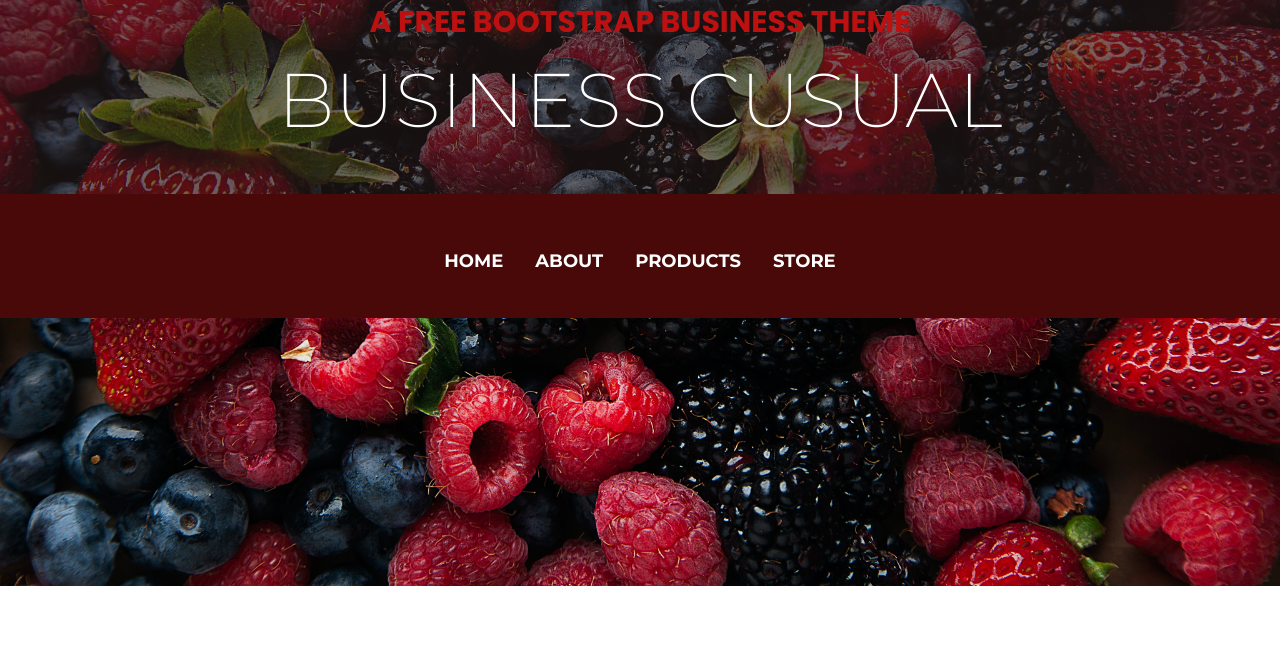
Repository: wadelfadill/tache_7_Business_bootstrap_theme
Page: index.html
An editor plug-in stored every save of this project. The page is shown before and after the next save, followed by the edit.
The browser window is 1280 px wide. The pictures show the whole page.

Above is the page before, as saved 2023-04-27 12:51:13.

### index.html
<!DOCTYPE html>
<html lang="en">
<head>
    <meta charset="UTF-8">
    <meta http-equiv="X-UA-Compatible" content="IE=edge">
    <meta name="viewport" content="width=device-width, initial-scale=1.0">
    <!------ title of website ------>
    <title>Business website</title>
    <!------ Bootstrap cdn link ------>
    <link href="https://cdn.jsdelivr.net/npm/bootstrap@5.1.3/dist/css/bootstrap.min.css" rel="stylesheet" integrity="sha384-1BmE4kWBq78iYhFldvKuhfTAU6auU8tT94WrHftjDbrCEXSU1oBoqyl2QvZ6jIW3" crossorigin="anonymous">
    <!------- css link -------------->
    <link rel="stylesheet" href="style.css">
    <!---------Google Fonts links ---------->
    <link rel="preconnect" href="https://fonts.googleapis.com">
    <link rel="preconnect" href="https://fonts.gstatic.com" crossorigin>
    <link href="https://fonts.googleapis.com/css2?family=Montserrat:wght@100;200;400;700&family=Poppins:wght@700&display=swap" rel="stylesheet">

</head>
<body>
    <!-- ========== Start Header Section ========== -->
    <header id="header">
        <h2 class="first_title text-center">A FREE BOOTSTRAP BUSINESS THEME</h2>
        <h1 class="second_title text-center">BUSINESS CUSUAL</h1>
        <!-- ========== Start navbar  Section ========== -->
        <nav class="my-auto mt-5">
            <div class="container my-auto">
                <ul class="nav justify-content-center">
                    <li class="nav-item">
                      <a class="nav-link active" aria-current="page" href="index.html">HOME</a>
                    </li>
                    <li class="nav-item">
                      <a class="nav-link" href="about.html">ABOUT</a>
                    </li>
                    <li class="nav-item">
                      <a class="nav-link" href="product.html">PRODUCTS</a>
                    </li>
                    <li class="nav-item">
                      <a class="nav-link" href="store.html">STORE</a>
                    </li>
                </ul>
            </div>
        </nav>
        <!-- ========== End navbar  Section ========== -->
    </header>
    <!-- ========== End Header Section ========== -->





    <!------ Bootstrap script -------->
    <script src="https://cdn.jsdelivr.net/npm/bootstrap@5.1.3/dist/js/bootstrap.bundle.min.js" integrity="sha384-ka7Sk0Gln4gmtz2MlQnikT1wXgYsOg+OMhuP+IlRH9sENBO0LRn5q+8nbTov4+1p" crossorigin="anonymous"></script>
</body>
</html>

### style.css
/* ===== General ====== */

:root{
    --red-color: #BD1111;
    --bg-red:#490909;
    --white-color: #FFFFFF;
    --black-color: #000000;
    --bg-beize:#F6E1C5;
    --bg-red-black: #311919;
    --bg-red-opac:rgba(165, 52, 43, 0.69);
    --red-border: #CD5449;
}
*{
    margin: 0;
    padding: 0;
}
body{
    padding: 0;
    margin: 0;
    background-image: linear-gradient(rgba(34, 24, 24, 0.6), rgba(34, 24, 24, 0.6)), url("images/1.jpeg");
    background-position: center;
    background-size: cover;
    background-repeat: no-repeat;
}
/* ===== squelette ====== */
/* ===== header section ====== */
/* ===== header titles ======= */
#header .first_title{
    font-family: 'Poppins';
    font-style: normal;
    font-weight: 700;
    font-size: 30px;
    line-height: 45px;
    color: var(--red-color);
}
#header .second_title{
    font-family: 'Montserrat';
    font-style: normal;
    font-weight: 200;
    font-size: 76px;
    line-height: 93px;
    color: var(--white-color);
}
/* ====== header navbar ======*/
#header nav{
    background: var(--bg-red);
    height: 124px;
}
#header nav ul li{
    margin-top: 48px;
}
#header nav a{
    font-family: 'Montserrat';
    font-style: normal;
    font-weight: 700;
    font-size: 18px;
    line-height: 22px;
    color: var(--white-color);
}

After the next save:
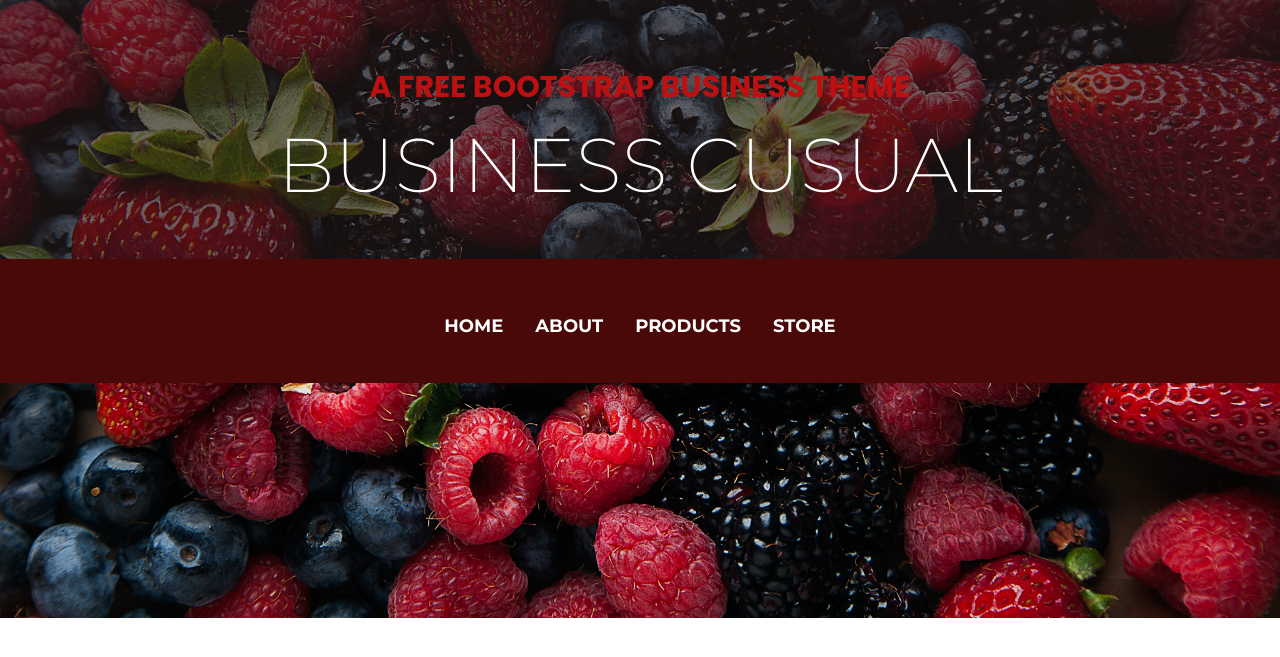
Saved 54 s later.
--- a/style.css
+++ b/style.css
@@ -32,6 +32,7 @@ body{
     font-size: 30px;
     line-height: 45px;
     color: var(--red-color);
+    margin-top: 65px;
 }
 #header .second_title{
     font-family: 'Montserrat';
